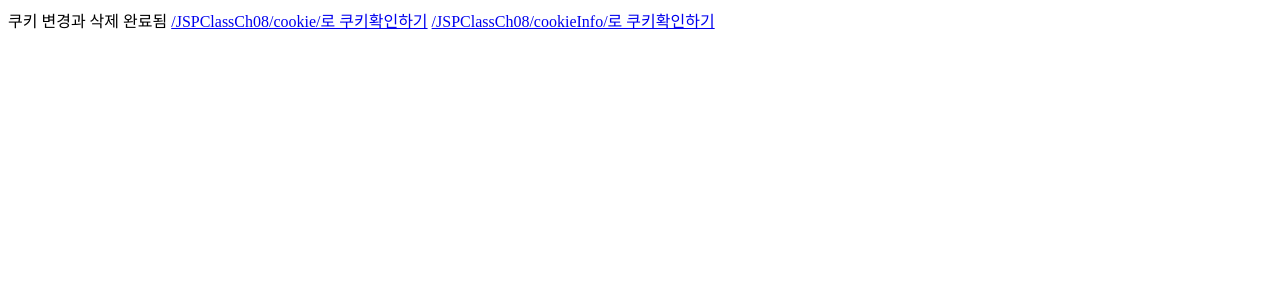
Repository: lopanghub/git_study
Page: http://localhost/JSPClassCh08/cookie/cookieChangeRemove.jsp
These files come from the project's save history. The page is drawn as it stood at one moment and after the next save; the edit follows.
The browser window is 1280 px wide. The pictures show the whole page.
The page is served by Tomcat 9. Other server files are loaded and not shown.

Above is the page before, as saved 2024-04-15 06:15:19.

### JSPStudy/JSPClassCh08/src/main/webapp/cookie/cookieChangeRemove.jsp
<%@ page language="java" contentType="text/html; charset=UTF-8"
    pageEncoding="UTF-8"%>
<%
	Cookie [] cookies =request.getCookies();
	if(cookies !=null){
		for(Cookie c: cookies){
			String name = c.getName();
			if(name.equals("id")){
				Cookie cookie =new Cookie(name, "cookie");
				cookie.setMaxAge(60*5);
				cookie.setPath("/JSPClassCh08/cookie");
				response.addCookie(cookie);

			} else if(name.equals("name")){
				c.setMaxAge(0);
				response.addCookie(c);
			}
		}
	}
%>
<!DOCTYPE html>
<html>
<head>
<meta charset="UTF-8">
<title>Insert title here</title>
</head>
<body>
	쿠키 변경과 삭제 완료됨
	<a href="cookieView.jsp">/JSPClassCh08/cookie/로 쿠키확인하기</a>
	<a href="../cookieInfo/cookieView.jsp">/JSPClassCh08/cookieInfo/로 쿠키확인하기</a>
</body>
</html>

After the next save:
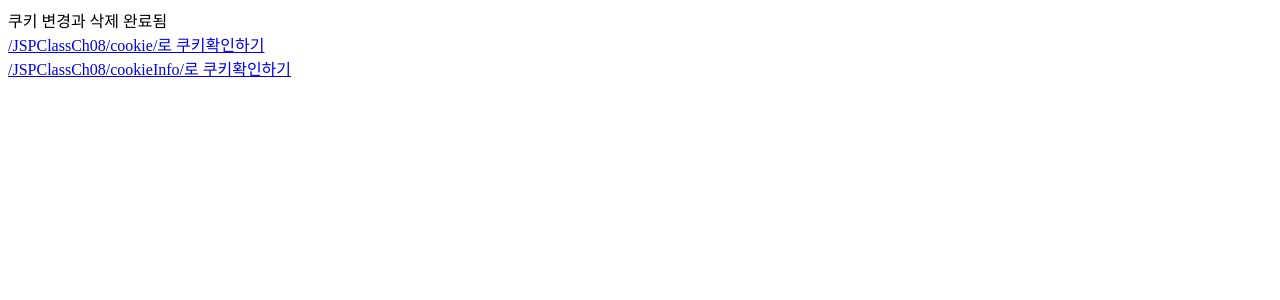
Saved 107 s later.
--- a/JSPStudy/JSPClassCh08/src/main/webapp/cookie/cookieChangeRemove.jsp
+++ b/JSPStudy/JSPClassCh08/src/main/webapp/cookie/cookieChangeRemove.jsp
@@ -25,8 +25,8 @@
 <title>Insert title here</title>
 </head>
 <body>
-	쿠키 변경과 삭제 완료됨
-	<a href="cookieView.jsp">/JSPClassCh08/cookie/로 쿠키확인하기</a>
+	쿠키 변경과 삭제 완료됨 <br>
+	<a href="cookieView.jsp">/JSPClassCh08/cookie/로 쿠키확인하기</a><br>
 	<a href="../cookieInfo/cookieView.jsp">/JSPClassCh08/cookieInfo/로 쿠키확인하기</a>
 </body>
 </html>
